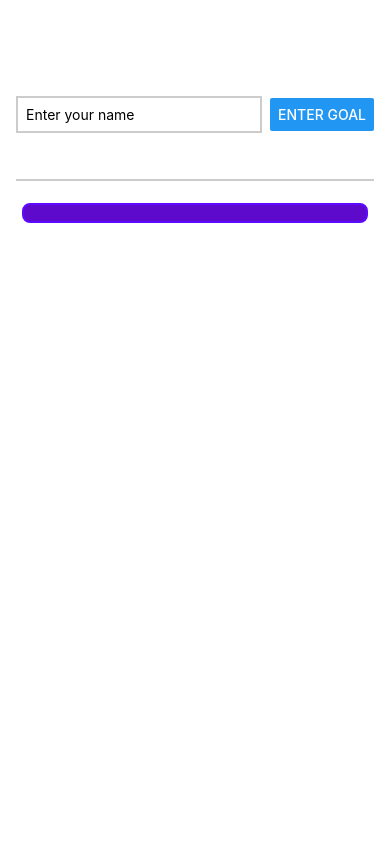
Repository: thezaidbintariq/RNCourse
Screen: /, after clicking the first element matching `button.css-view-175oi2r`
An editor plug-in stored every save of this project. The screen is shown before and after a run of saves, followed by the edit.
The app was drawn by React Native's web renderer in a window 390 px wide. The project was rebuilt for these pictures with package versions that can differ from the ones it lists, and the page was loaded fresh each time.

Above is the screen before, as saved 2022-08-09 16:35:02.

### App.js
import { Button, StyleSheet, Text, TextInput, View } from 'react-native';
import {useState} from 'react';


export default function App() {
  const [enteredGoal, setEnteredGoal] = useState('');
  const [courseGoals, setCourseGoals] = useState([]);

  const HandleInput = (text) => {
    setEnteredGoal(text);
  }
  const addGoalHandler = () => {
    setCourseGoals(currentGoals => [...currentGoals, enteredGoal]);
  }


  return (
    <View style={styles.appContainer}>
      <View style={styles.inputContainer}>
        <TextInput style={styles.input} placeholder="Enter your name" onChangeText={HandleInput} />
        <Button title="Enter Goal" onPress={addGoalHandler}/>
      </View>
      <View style={styles.goalsContainer}>

        {courseGoals.map((goal, index) => {
          return <View key={index} style={styles.goal}>
            <Text style={styles.goalText}>{goal}</Text>
          </View>
        })
        }
      </View>
    </View>
  );
}

const styles = StyleSheet.create({
  appContainer : {
   paddingTop: 50,
   paddingHorizontal: 16,
   flex: 1
  },
  inputContainer: {
    flexDirection: 'row',
    justifyContent: 'space-between',
    alignItems: 'center',
    marginBottom: 16,
    borderBottomWidth: 2,
    borderColor: '#ccc',
    flex: 1
  },
  input: {
    width: '70%',
    borderColor: '#cccccc',
    borderWidth: 2,
    padding: 8,
    marginRight: 8
  },
  goalsContainer: {
    flex: 5

  },
  goal: {
    padding: 8,
    margin: 6,
    backgroundColor: '#5e0acc',
    borderColor: '#5e0aff',
    borderWidth: 2,
    borderRadius: 8,

  },
  goalText : {
    color: '#ffffff'

  }
}
);

After the next 5 saves:
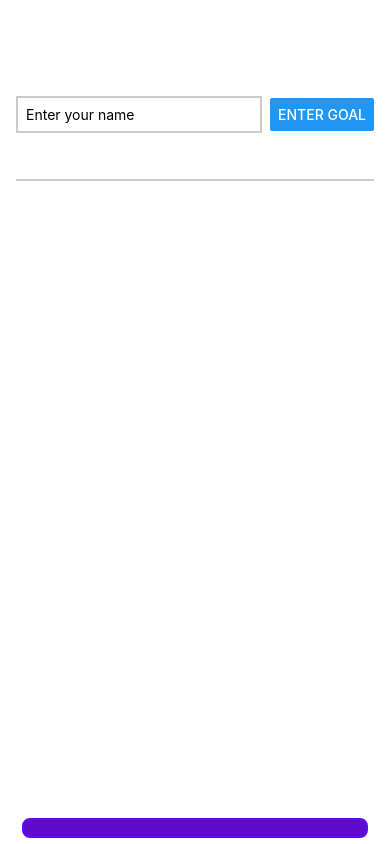
The 5 saves are shown as one change because 2 did not build or start and some came seconds apart.
The last was saved 15 s later.
--- a/App.js
+++ b/App.js
@@ -1,4 +1,4 @@
-import { Button, StyleSheet, Text, TextInput, View } from 'react-native';
+import { Button, ScrollView, StyleSheet, Text, TextInput, View } from 'react-native';
 import {useState} from 'react';
 
 
@@ -21,7 +21,7 @@
         <Button title="Enter Goal" onPress={addGoalHandler}/>
       </View>
       <View style={styles.goalsContainer}>
-
+        <ScrollView></ScrollView>
         {courseGoals.map((goal, index) => {
           return <View key={index} style={styles.goal}>
             <Text style={styles.goalText}>{goal}</Text>

After the 3 saves that followed:
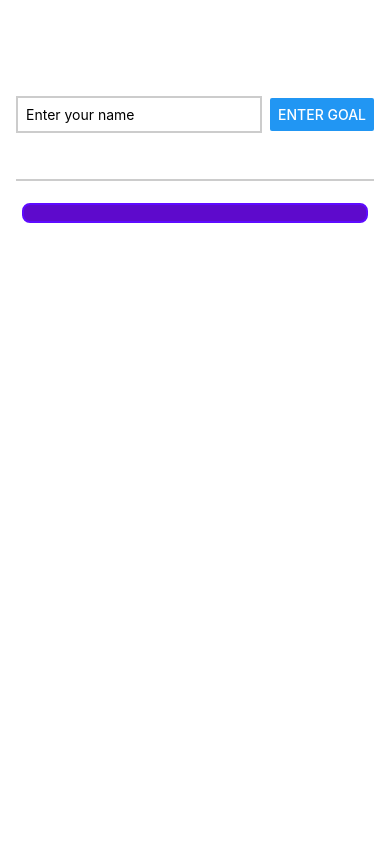
The 3 saves are shown as one change because they came seconds apart.
The last was saved 12 s later.
--- a/App.js
+++ b/App.js
@@ -21,13 +21,14 @@
         <Button title="Enter Goal" onPress={addGoalHandler}/>
       </View>
       <View style={styles.goalsContainer}>
-        <ScrollView></ScrollView>
+        <ScrollView>
         {courseGoals.map((goal, index) => {
           return <View key={index} style={styles.goal}>
             <Text style={styles.goalText}>{goal}</Text>
           </View>
         })
         }
+        </ScrollView>
       </View>
     </View>
   );
